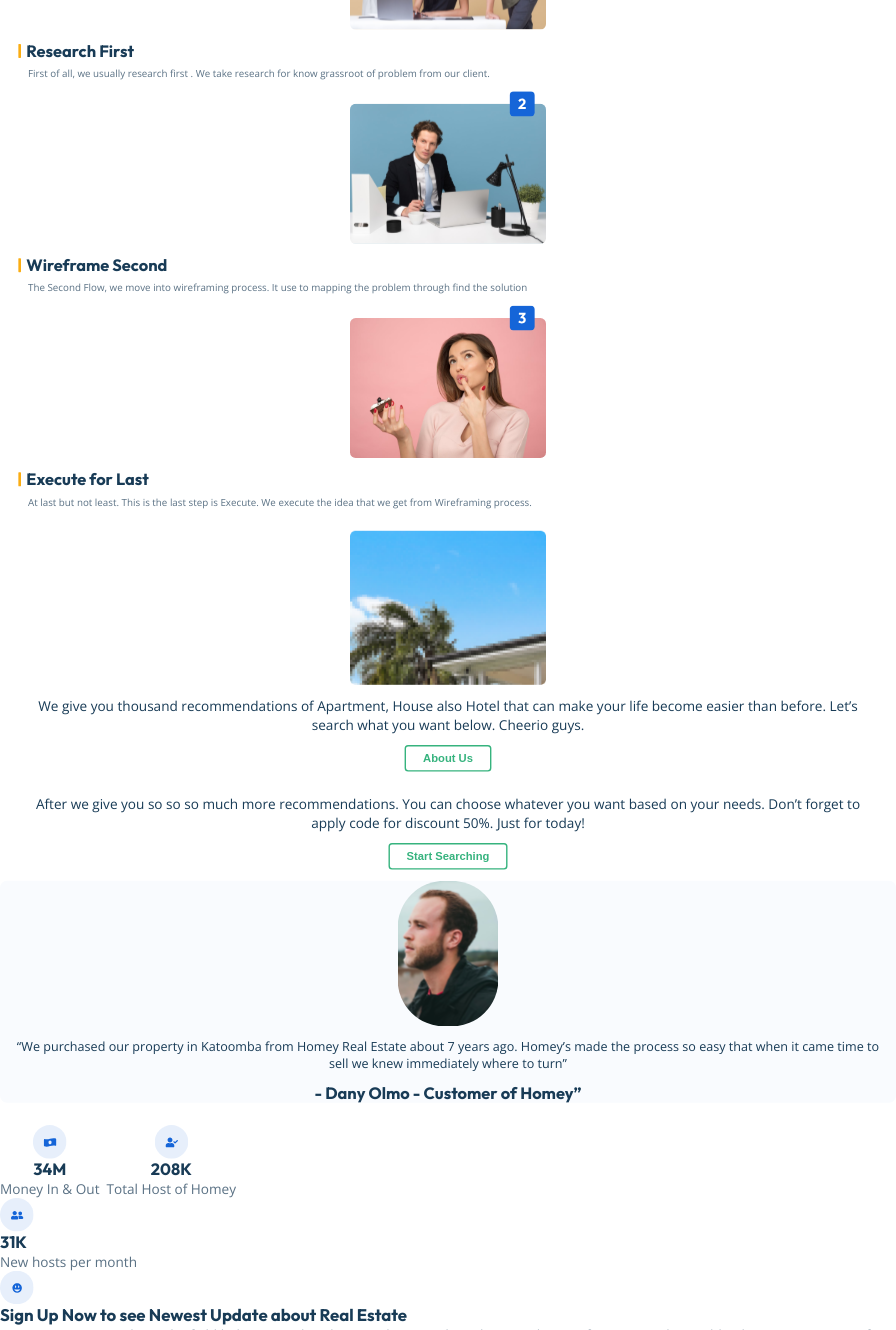
Repository: gustavoRichardt/prova-front
Page: index.html
These files come from the project's save history. The page is drawn as it stood at one moment and after a run of saves; the edit follows.
The browser window is 1280 px wide. The pictures show the part of the page from y = 2876 to 4776 px (the page is 5663 px tall), at 70% of full size.
A picture or video elsewhere on the page could not be fetched, so the positions and the page height are approximate.

Above is the page before, as saved 2026-09-01 15:03:04.

After the next 3 saves:
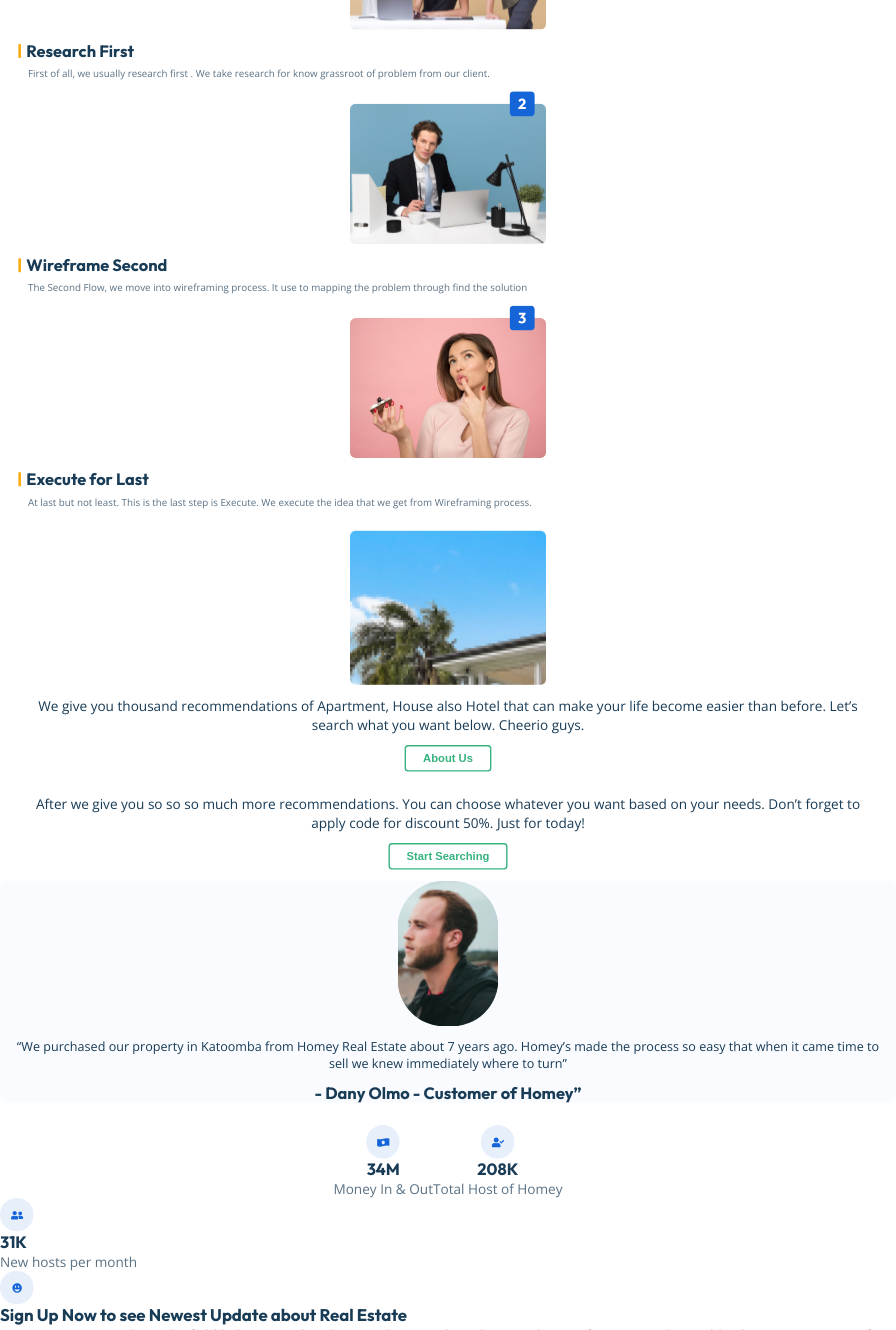
The 3 saves are shown as one change because they came seconds apart.
The last was saved 7 s later.
--- a/style.css
+++ b/style.css
@@ -428,5 +428,5 @@
 
 .conjunto-dados1 {
     display: flex;
-    gap: 10px;
-}
+   justify-content: center;
+}
